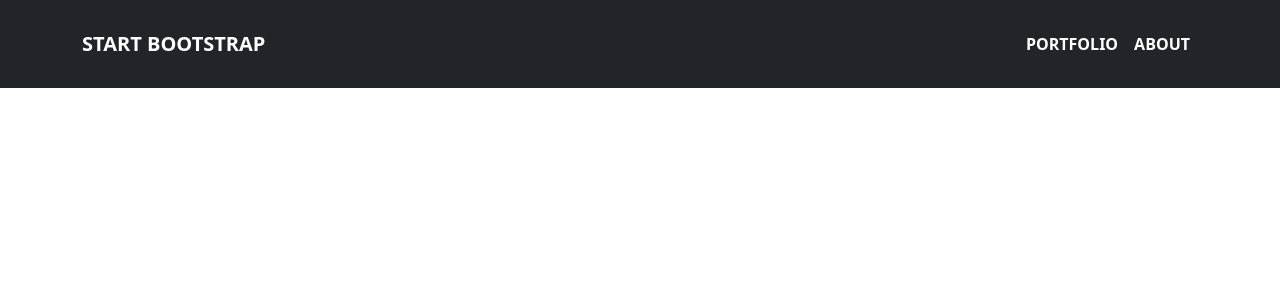
Repository: 7JaxeN7/WT-1255P-Mehmet_BEZC-
Page: index.html
An editor plug-in stored every save of this project. The page is shown before and after the next save, followed by the edit.
The browser window is 1280 px wide. The pictures show the whole page.

Above is the page before, as saved 2025-01-06 18:47:29.

### index.html
<!DOCTYPE html>
<html lang="tr">

<head>
  <meta charset="UTF-8">
  <meta name="viewport" content="width=device-width, initial-scale=1.0">
  <link href="https://cdn.jsdelivr.net/npm/bootstrap@5.3.3/dist/css/bootstrap.min.css" rel="stylesheet"
    integrity="sha384-QWTKZyjpPEjISv5WaRU9OFeRpok6YctnYmDr5pNlyT2bRjXh0JMhjY6hW+ALEwIH" crossorigin="anonymous">
  <title>Start Bootstrap</title>
</head>

<body>
  <header>
    <nav class="navbar navbar-expand-lg bg-dark">
      <!-- Burada ne yaparsam yapayım navbar-bg olarak yaptığımda style.css tanımlayarak istenilen renk olmadı. Bu şekilde geçici çözüm buldum. Deneyeibilirsiniz, olmuyor... -->
      <div class="container pt-3 pb-3">
        <a class="navbar-brand text-white fw-bolder" href="#">START BOOTSTRAP</a>
        <button class="navbar-toggler" type="button" data-bs-toggle="collapse" data-bs-target="#navbarNav"
          aria-controls="navbarNav" aria-expanded="false" aria-label="Toggle navigation">
          <span class="navbar-toggler-icon"></span>
        </button>
        <div class="collapse navbar-collapse" id="navbarNav">
          <ul class="navbar-nav ms-auto">
            <li class="nav-item">
              <a class="nav-link text-white fw-bolder" href="#">PORTFOLIO</a>
            </li>
            <li class="nav-item">
              <a class="nav-link text-white fw-bolder" href="#">ABOUT</a>
            </li>
          </ul>
        </div>
      </div>
    </nav>
  </header>
  <!-- Burası bootstrap script kısmı -->
  <script src="https://cdn.jsdelivr.net/npm/bootstrap@5.3.3/dist/js/bootstrap.bundle.min.js"
    integrity="sha384-YvpcrYf0tY3lHB60NNkmXc5s9fDVZLESaAA55NDzOxhy9GkcIdslK1eN7N6jIeHz"
    crossorigin="anonymous"></script>
</body>

</html>

After the next save:
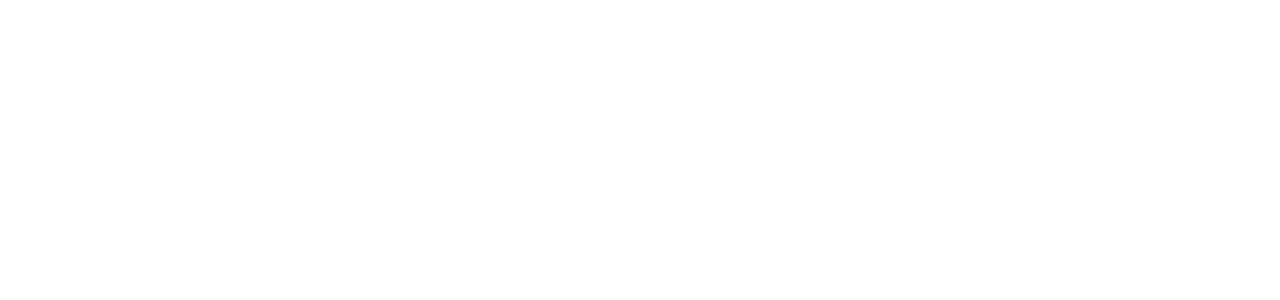
Saved 41 s later.
--- a/index.html
+++ b/index.html
@@ -11,10 +11,10 @@
 
 <body>
   <header>
-    <nav class="navbar navbar-expand-lg bg-dark">
+    <nav class="navbar navbar-expand-lg navbar-bg">
       <!-- Burada ne yaparsam yapayım navbar-bg olarak yaptığımda style.css tanımlayarak istenilen renk olmadı. Bu şekilde geçici çözüm buldum. Deneyeibilirsiniz, olmuyor... -->
       <div class="container pt-3 pb-3">
-        <a class="navbar-brand text-white fw-bolder" href="#">START BOOTSTRAP</a>
+        <a class="navbar-brand text-white fw-bolder fs" href="#">START BOOTSTRAP</a>
         <button class="navbar-toggler" type="button" data-bs-toggle="collapse" data-bs-target="#navbarNav"
           aria-controls="navbarNav" aria-expanded="false" aria-label="Toggle navigation">
           <span class="navbar-toggler-icon"></span>

After the save that followed:
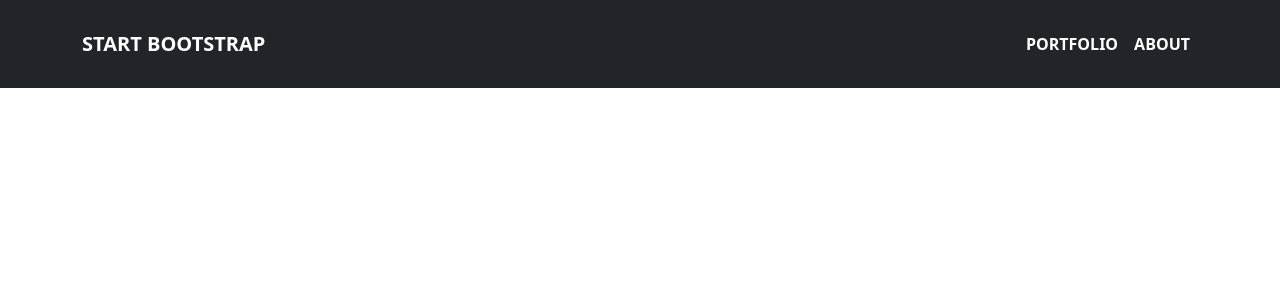
Saved 9 s later.
--- a/index.html
+++ b/index.html
@@ -11,10 +11,10 @@
 
 <body>
   <header>
-    <nav class="navbar navbar-expand-lg navbar-bg">
+    <nav class="navbar navbar-expand-lg bg-dark">
       <!-- Burada ne yaparsam yapayım navbar-bg olarak yaptığımda style.css tanımlayarak istenilen renk olmadı. Bu şekilde geçici çözüm buldum. Deneyeibilirsiniz, olmuyor... -->
       <div class="container pt-3 pb-3">
-        <a class="navbar-brand text-white fw-bolder fs" href="#">START BOOTSTRAP</a>
+        <a class="navbar-brand text-white fw-bolder" href="#">START BOOTSTRAP</a>
         <button class="navbar-toggler" type="button" data-bs-toggle="collapse" data-bs-target="#navbarNav"
           aria-controls="navbarNav" aria-expanded="false" aria-label="Toggle navigation">
           <span class="navbar-toggler-icon"></span>
